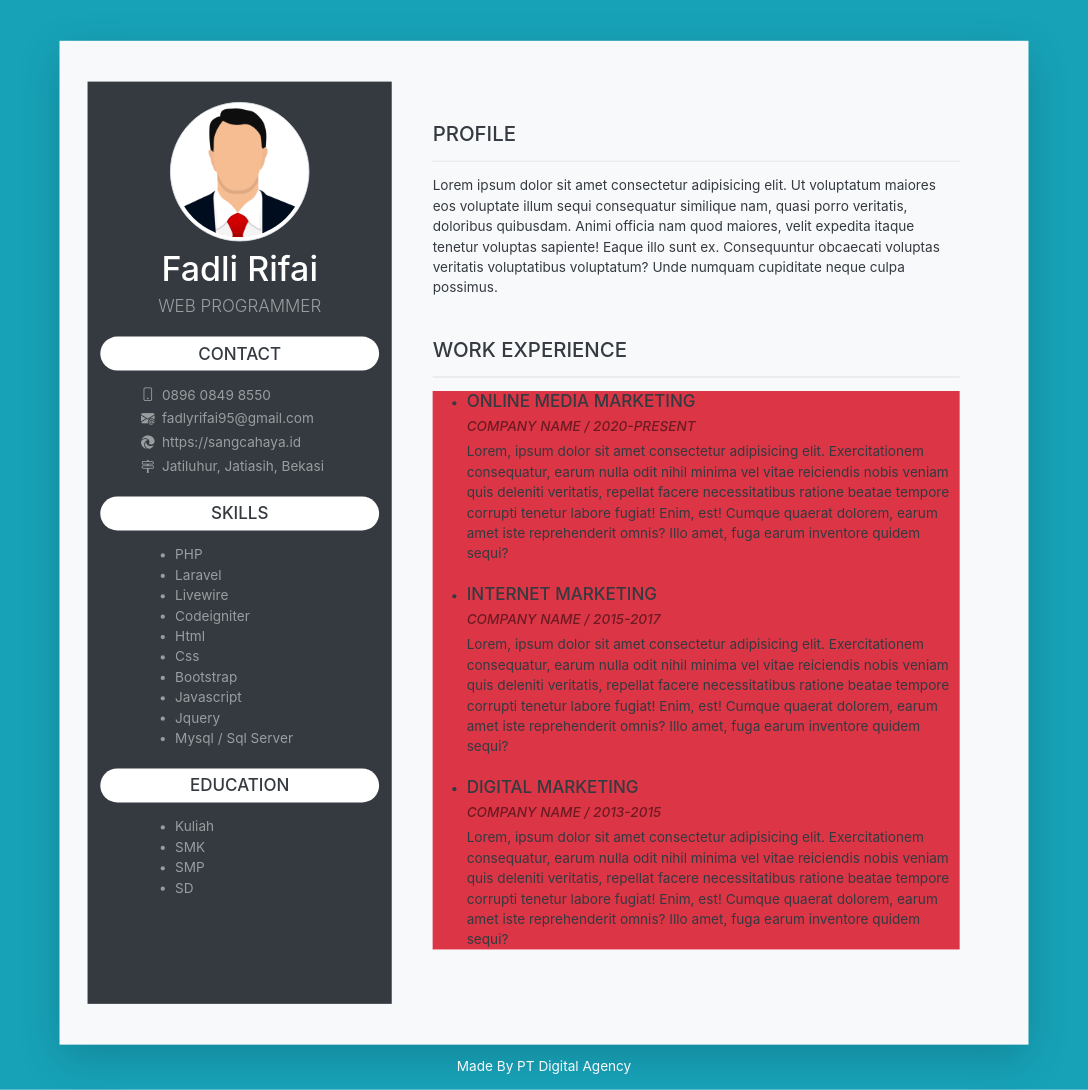
Repository: fadlyyy/fadlyyy.github.io
Page: index.html
An editor plug-in stored every save of this project. The page is shown before and after the next save, followed by the edit.
The browser window is 1280 px wide. The pictures show the whole page, at 85% of full size.

Above is the page before, as saved 2024-01-30 11:24:18.

After the next save:
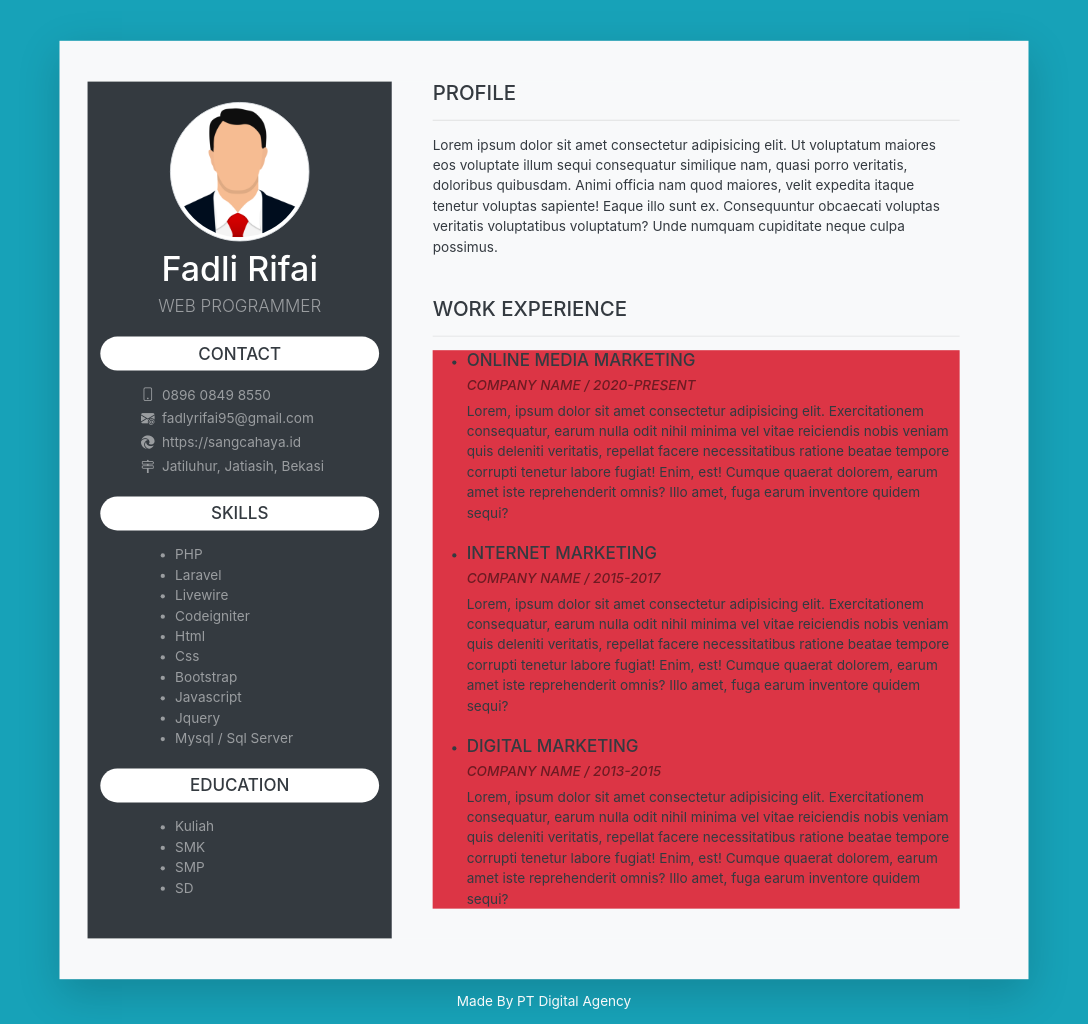
Saved 21 s later.
--- a/index.html
+++ b/index.html
@@ -85,7 +85,7 @@
                     </div>
                </div>
 
-               <div class="col-lg-8 bg-light text-dark py-5 px-5">
+               <div class="col-lg-8 bg-light text-dark px-5">
                     <div class="header-right">
                          <h4 class="text-uppercase">Profile</h4>
                          <hr />

After the save that followed:
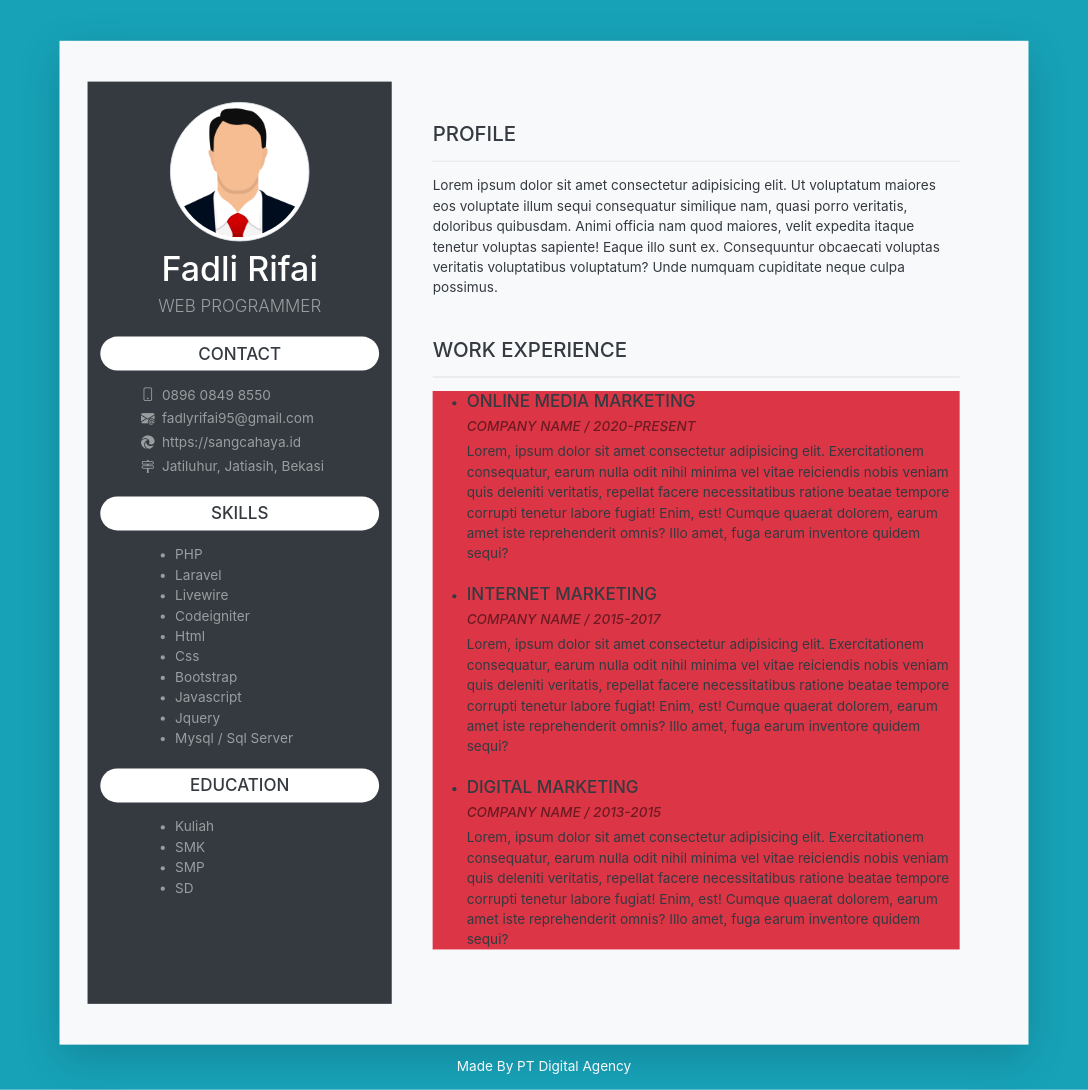
Saved 7 s later.
--- a/index.html
+++ b/index.html
@@ -85,7 +85,7 @@
                     </div>
                </div>
 
-               <div class="col-lg-8 bg-light text-dark px-5">
+               <div class="col-lg-8 bg-light text-dark py-5 px-5">
                     <div class="header-right">
                          <h4 class="text-uppercase">Profile</h4>
                          <hr />
